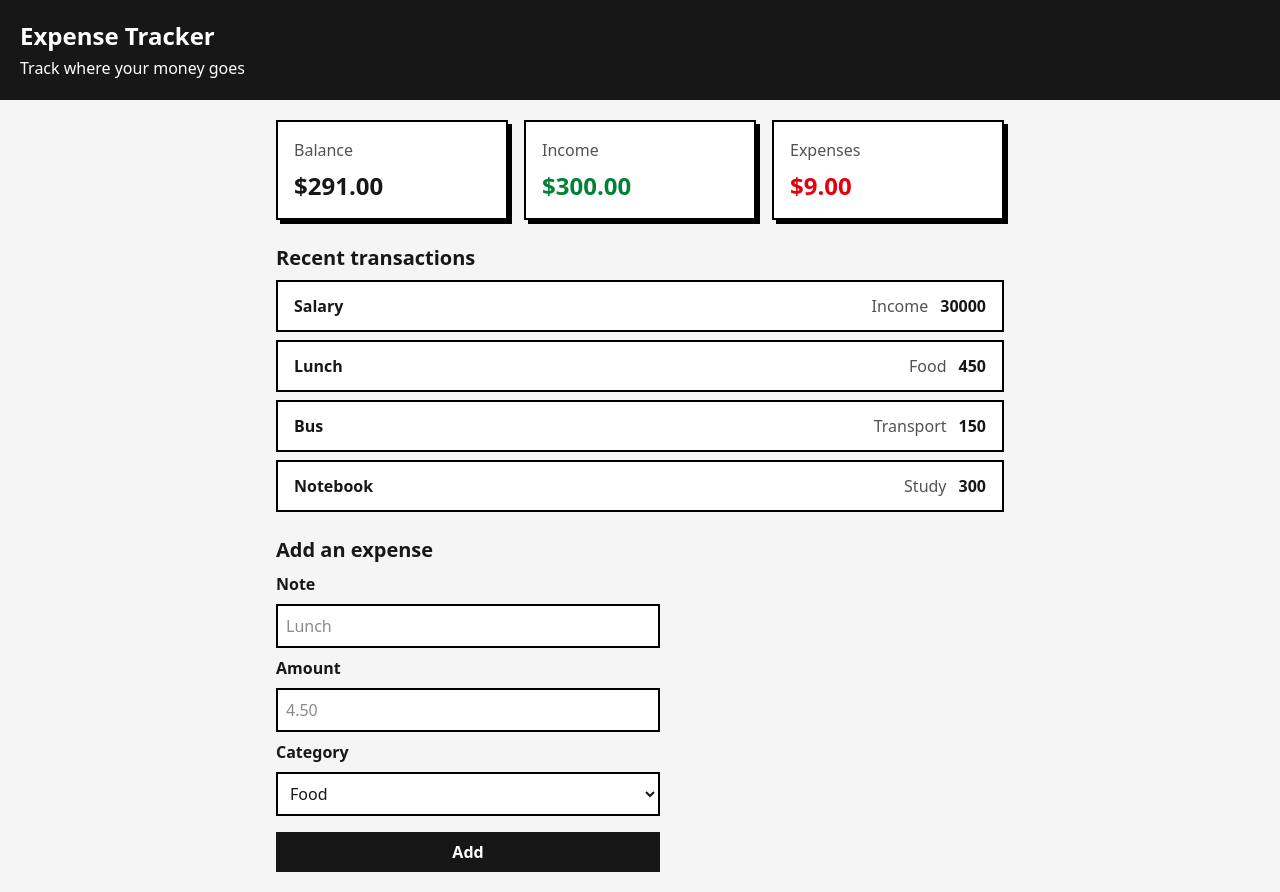
Repository: Keanbunheng/html-basics-Day1_AI
Page: expense-tracker-w2-d4-start/index.html
An editor plug-in stored every save of this project. The page is shown before and after the next save, followed by the edit.
The browser window is 1280 px wide. The pictures show the whole page.

Above is the page before, as saved 2026-11-17 21:08:39.

After the next save:
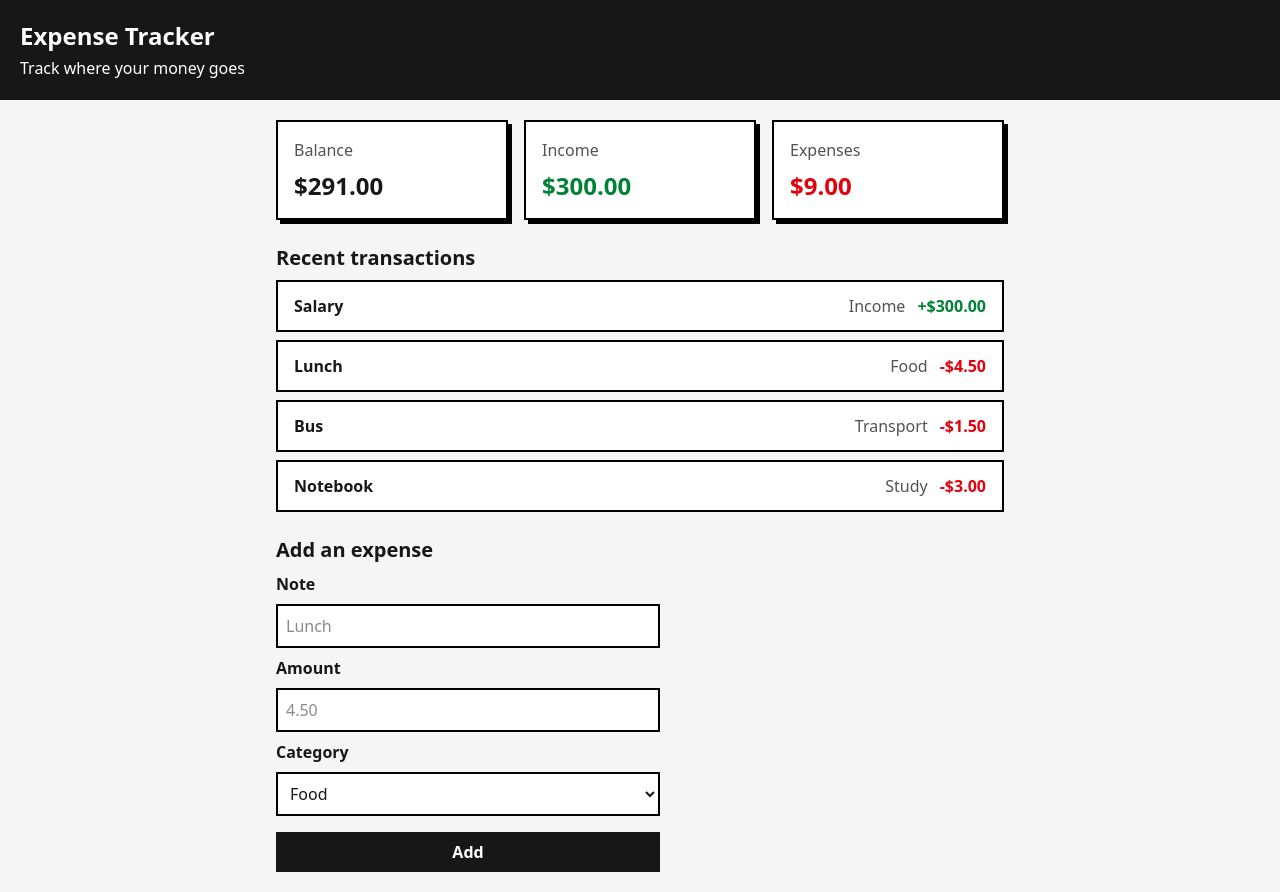
Console error: SyntaxError: Unexpected token '}'
Saved 7 s later.
--- a/expense-tracker-w2-d4-start/app.js
+++ b/expense-tracker-w2-d4-start/app.js
@@ -109,7 +109,7 @@ lists.innerHTML = transactions
   <li class="mb-2 flex flex-col gap-1 border-2 border-black bg-white px-4 py-3 sm:flex-row sm:justify-between sm:gap-3">
     <span class="flex-1 font-semibold">${ele.note}</span>
     <span class="text-neutral-600">${ele.category}</span>
-    <span class="font-bold ">${ele.amountCents}</span>
+    <span class="font-bold ${}">${ele.amountCents}</span>
   </li>
 `;
   })

After the 3 saves that followed:
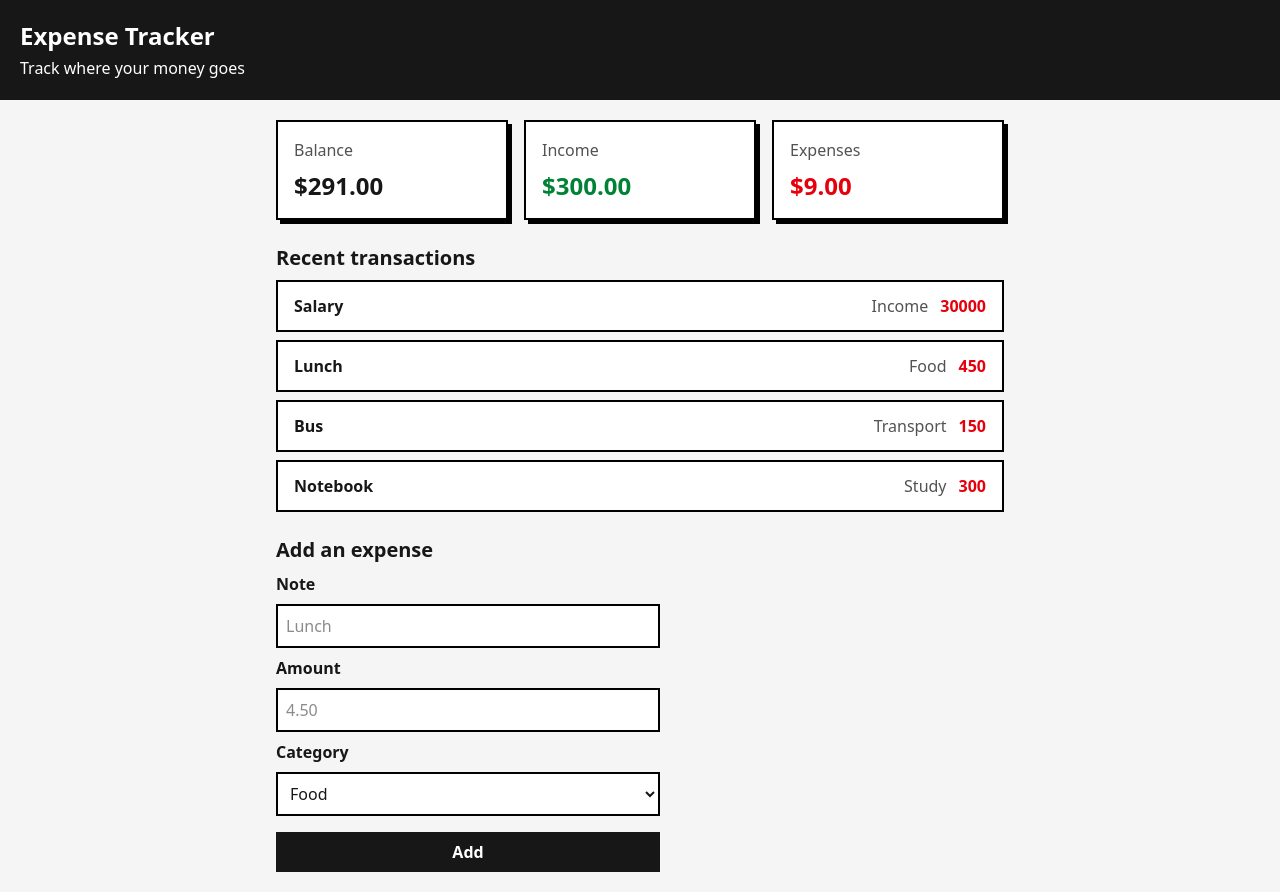
The error is gone.
The 3 saves are shown as one change because 1 left the picture as it was and some came seconds apart.
The last was saved 13 s later.
--- a/expense-tracker-w2-d4-start/app.js
+++ b/expense-tracker-w2-d4-start/app.js
@@ -109,7 +109,7 @@ lists.innerHTML = transactions
   <li class="mb-2 flex flex-col gap-1 border-2 border-black bg-white px-4 py-3 sm:flex-row sm:justify-between sm:gap-3">
     <span class="flex-1 font-semibold">${ele.note}</span>
     <span class="text-neutral-600">${ele.category}</span>
-    <span class="font-bold ${}">${ele.amountCents}</span>
+    <span class="font-bold ${isExpense ? 'text-red-600' : 'text-red-600'}">${ele.amountCents}</span>
   </li>
 `;
   })
